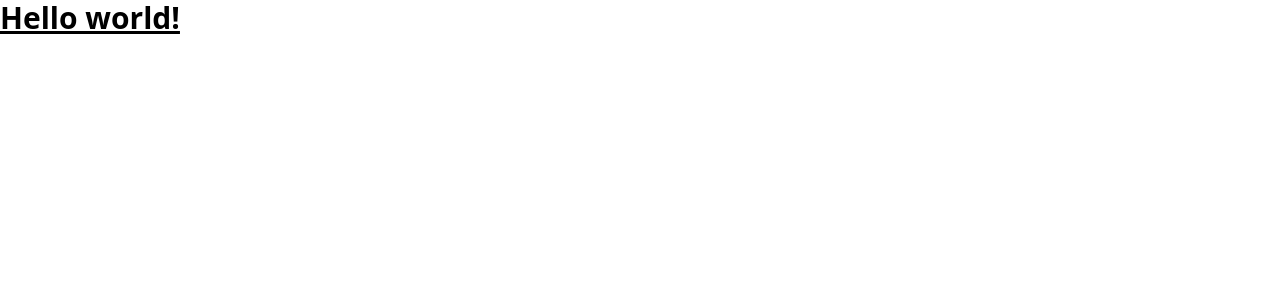
Repository: NBlue/react-tailwind
Page: /
These files come from the project's save history. The page is drawn as it stood at one moment and after the next save; the edit follows.
The browser window is 1280 px wide. The pictures show the whole page.
The project was rebuilt for these pictures with package versions that can differ from the ones it lists, and the page was loaded fresh each time. Also part of the build but not shown: src/App.css.

Above is the page before, as saved 2022-03-28 16:32:27.

### src/index.js
import React from "react";
import ReactDOM from "react-dom";
import "./index.css";
import App from "./App";

ReactDOM.render(
    <React.StrictMode>
        <App />
    </React.StrictMode>,
    document.getElementById("root")
);

// If you want to start measuring performance in your app, pass a function
// to log results (for example: reportWebVitals(console.log))
// or send to an analytics endpoint. Learn more: https://bit.ly/CRA-vitals

### src/App.js
import "./App.css";

function App() {
    return (
        <div className="App">
            <h1 className="text-3xl font-bold underline">Hello world!</h1>
        </div>
    );
}

export default App;

Loaded but not shown: public/index.html (common file); src/index.css (common file); tailwind.config.js (common file)

After the next save:
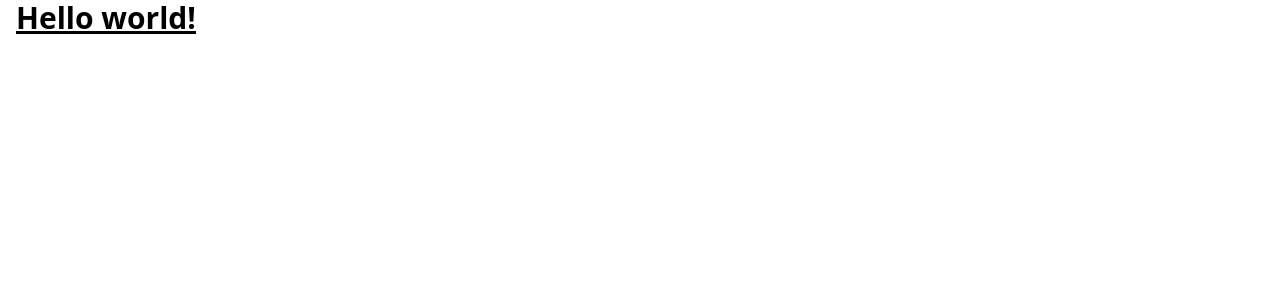
Saved 5 min 29 s later.
--- a/src/App.js
+++ b/src/App.js
@@ -2,7 +2,7 @@
 
 function App() {
     return (
-        <div className="App">
+        <div className="h-screen px-4">
             <h1 className="text-3xl font-bold underline">Hello world!</h1>
         </div>
     );
